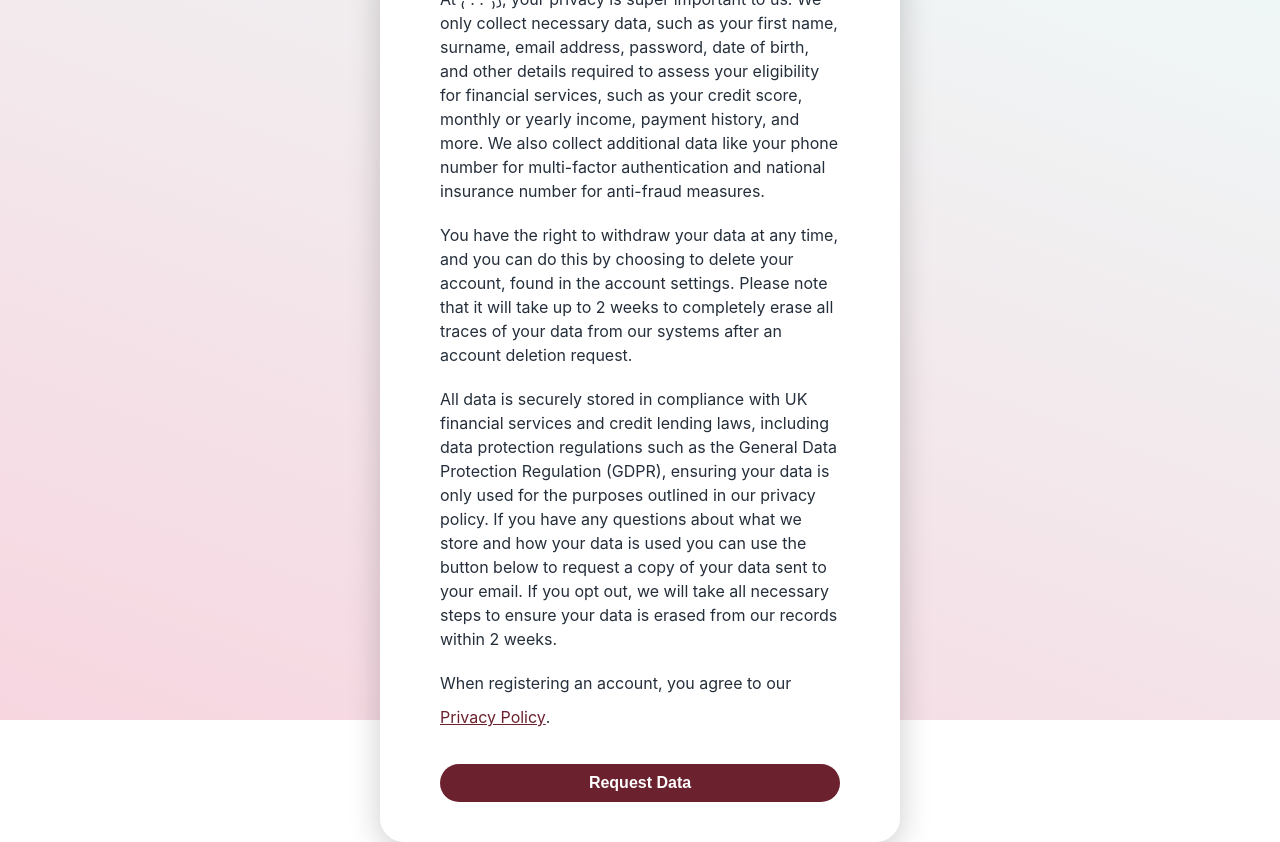
Repository: aab232/https---github.com-aab232-Deferred-Payment-Platform
Page: /privacy (app in frontend/)
These files come from the project's save history. The page is drawn as it stood at one moment and after the next save; the edit follows.
The browser window is 1280 px wide. The pictures show the whole page.
The project was rebuilt for these pictures with package versions that can differ from the ones it lists, and the page was loaded fresh each time. Also part of the build but not shown: frontend/src/components/Home.js, frontend/src/components/Register.js, frontend/src/components/Login.js, frontend/src/components/Main.css, frontend/src/components/Main.js, frontend/src/components/BackButton.css, frontend/src/components/BackButton.js, frontend/src/components/Settings.js.

Above is the page before, as saved 2025-04-01 02:18:51.

After the next save:
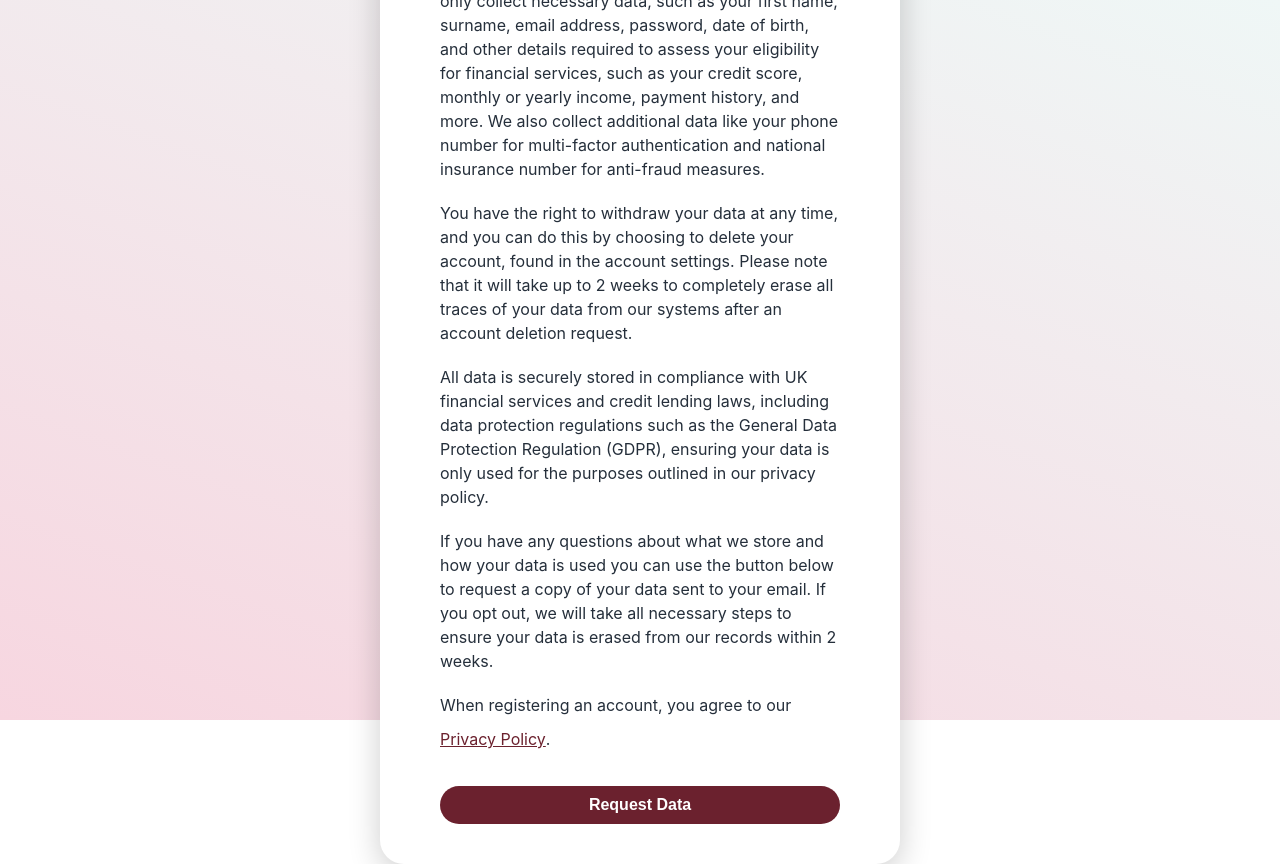
Saved 82 s later.
--- a/frontend/src/components/Privacy.js
+++ b/frontend/src/components/Privacy.js
@@ -11,7 +11,9 @@ const Privacy = () => {
 
         <p>You have the right to withdraw your data at any time, and you can do this by choosing to delete your account, found in the account settings. Please note that it will take up to 2 weeks to completely erase all traces of your data from our systems after an account deletion request.</p>
 
-        <p>All data is securely stored in compliance with UK financial services and credit lending laws, including data protection regulations such as the General Data Protection Regulation (GDPR), ensuring your data is only used for the purposes outlined in our privacy policy. If you have any questions about what we store and how your data is used you can use the button below to request a copy of your data sent to your email. If you opt out, we will take all necessary steps to ensure your data is erased from our records within 2 weeks.</p>
+        <p>All data is securely stored in compliance with UK financial services and credit lending laws, including data protection regulations such as the General Data Protection Regulation (GDPR), ensuring your data is only used for the purposes outlined in our privacy policy.</p>
+
+        <p>If you have any questions about what we store and how your data is used you can use the button below to request a copy of your data sent to your email. If you opt out, we will take all necessary steps to ensure your data is erased from our records within 2 weeks.</p>
 
         <p>When registering an account, you agree to our <span className="link">Privacy Policy</span>.</p>
         <button class="request-data-btn">Request Data</button>
